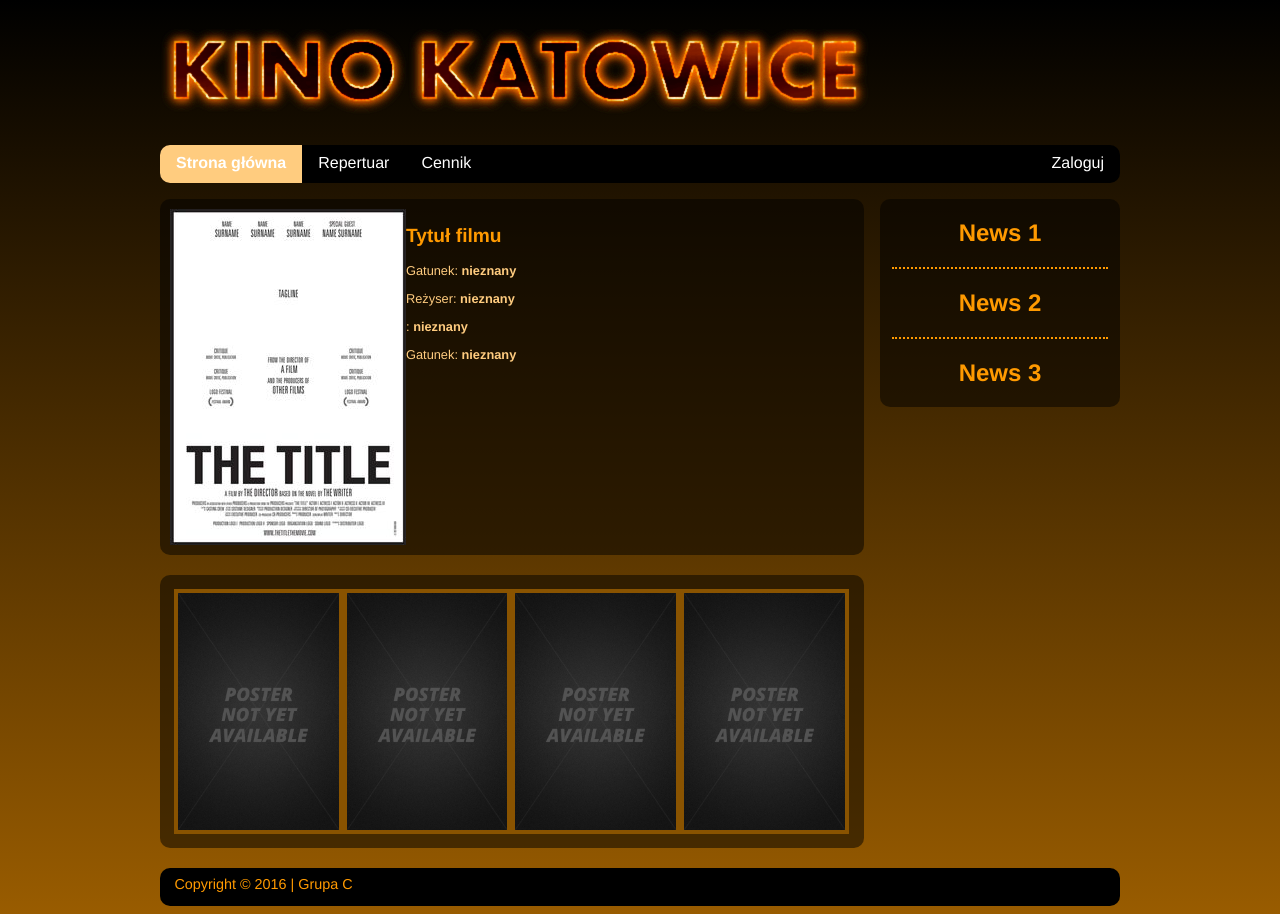
Repository: Gate4/Grupa-C
Page: http://localhost/KinoWebApp/WEB-INF/jsp/welcome.jsp
An editor plug-in stored every save of this project. The page is shown before and after the next save, followed by the edit.
The browser window is 1280 px wide. The pictures show the whole page.
Some web libraries are served in a nearby version. The page is served by Tomcat 9. Nobody is signed in. Other server files are loaded and not shown. The template is opened directly, without the code that normally fills it, so the values that code supplies are empty.

Above is the page before, as saved 2016-04-21 21:53:00.

### KinoWebApp/WebContent/WEB-INF/jsp/welcome.jsp
<%@page pageEncoding="UTF-8" contentType="text/html; charset=UTF-8"%>
<%@ taglib prefix="spring" uri="http://www.springframework.org/tags"%>
<!DOCTYPE html>
<html>
<head>


<spring:url value="/resources/style.css" var="styleCSS" />
<link href="${styleCSS}" rel="stylesheet" />
<script
	src="https://ajax.googleapis.com/ajax/libs/jquery/2.1.3/jquery.min.js"></script>
<link href="${styleCSS}" rel="stylesheet" />
<title>Kino</title>
</head>

<body>
	<div id="page">
		<header>
			<h1 id="logo">
				<img src="img/logo.png" alt="Najlepsze kino ever">
			</h1>

			<nav class="clear">
				<ul>
					<li><a class="active" href='#'>Strona główna</a></li>
					<li><a href='#'>Repertuar</a></li>
					<li><a href='#'>Cennik</a></li>
					<li><a href='#'>Zaloguj</a></li>
				</ul>
			</nav>
		</header>


		<div id="content" role="main">
			<section class="primary">
				<section class="tile">
					<img src="resources/img/poster1.jpg" alt="Tytuł filmu 1">
					<h2>Tytuł filmu</h2>
					<p>Gatunek: <span>nieznany</span></p>
					<p>Reżyser: <span>nieznany</span></p>
					<p>: <span>nieznany</span></p>
					<p>Gatunek: <span>nieznany</span></p>
				</section>

				<section class="tile">
					<section class="poster">
						<a href='#'><img src="resources/img/poster4.jpg"
							alt="Tytuł filmu 1"></a>
					</section>
					<section class="poster">
						<a href='#'><img src="resources/img/poster4.jpg"
							alt="Tytuł filmu 2"></a>
					</section>
					<section class="poster">
						<a href='#'><img src="resources/img/poster4.jpg"
							alt="Tytuł filmu 3"></a>
					</section>
					<section class="poster">
						<a href='#'><img src="resources/img/poster4.jpg"
							alt="Tytuł filmu 4"></a>
					</section>
				</section>

			</section>

			<aside class="secondary">
				<section>
					<h2>News 1</h2>
					<p>${message}</p>
				</section>
				<hr>
				<section>
					<h2>News 2</h2>
					<p>${message}</p>
				</section>
				<hr>
				<section>
					<h2>News 3</h2>
					<p>${message}</p>
				</section>
			</aside>
		</div>

		<footer class="clear">
			<section class="footer">
				<p>Copyright © 2016 | Grupa C</p>
			</section>
		</footer>
	</div>

</body>

</html>

### KinoWebApp/WebContent/resources/style.css
body{
	background: #000000;
	background: linear-gradient(#000000, #995c00);
	color: #FF9A00;
	font-family: Helvetica, Verdana, sans;
}

#page{
	width: 960px;
	margin: 0 auto;
}

#logo, .primary, .poster, .tile{
	float: left;
}

#contact, .secondary{
	float: right;
}

.clear{
	clear: both;
}

.primary{
	width: 75%;
}

.secondary{
	border-radius: 10px;
	background-color: #000000;
	background-color: rgba(0,0,0,0.5);
	width: 25%;
}

.secondary p,.tile p{
	margin-left: 1em;
	text-align: left;
	color: #FFCC7F;
}

.secondary h2{
	text-align: center;
}

.secondary hr{
	border: none;
	border-top: 2px dotted #FF9A00;
	width: 90%;
}

nav ul{
	border-radius: 10px;
	background-color: #000000;
	min-height: 2.4em;
	list-style: none;
	padding: 0;
}

nav ul li{
	display: inline;
	padding: 5px 1em;
}

nav ul li a{
	display: block;
	float: left;
	height: 1.2em;
	padding: 0.6em 1em;
	margin: 0;
	color: #fff;
	text-decoration: none;
}

nav ul li a:hover, a.active{
	background: #FFCC7F;
	font-weight: bold;
}

nav ul li:last-child{
	float: right;
	padding: 0;
}

nav ul li:first-child a:hover, nav ul li:first-child a.active{
	border-radius: 10px 0 0 10px;
}

nav ul li:last-child a:hover, nav ul li:last-child a.active{
	border-radius: 0 10px 10px 0;
}


.hidden{
	display: none;
}

.poster{
	width: 23.5%;
	padding: 4px 4px 4px 4px;
}

.poster img{
	border-style: solid;
    border-width: 4px;
    border-color: #895300;
	width: 100%;
}

.poster img:hover{
	border-style: solid;
    border-width: 4px;
    border-color: #ffb13b;
	width: 100%;
}


.tile{
    border-radius: 10px;
	background-color: #000000;
	background-color: rgba(0,0,0,0.5);
    width: 95%;

    color: #FF9A00;

    font-size: 0.8em;

    text-align: left;

    margin: 0px 20px 20px 0px;

    padding: 10px 10px 10px 10px;

    border-radius: 10px;
}

.tile img{
	float: left;
}

.tile p span{
    font-weight: bold;
}


.footer{
	border-radius: 10px;
	background-color: #000000;
	min-height: 2.4em;
	padding: 0 0px 0 0;
}

.footer p{
	font-size: 0.9em;
	padding: 0.6em 1em;
}

After the next save:
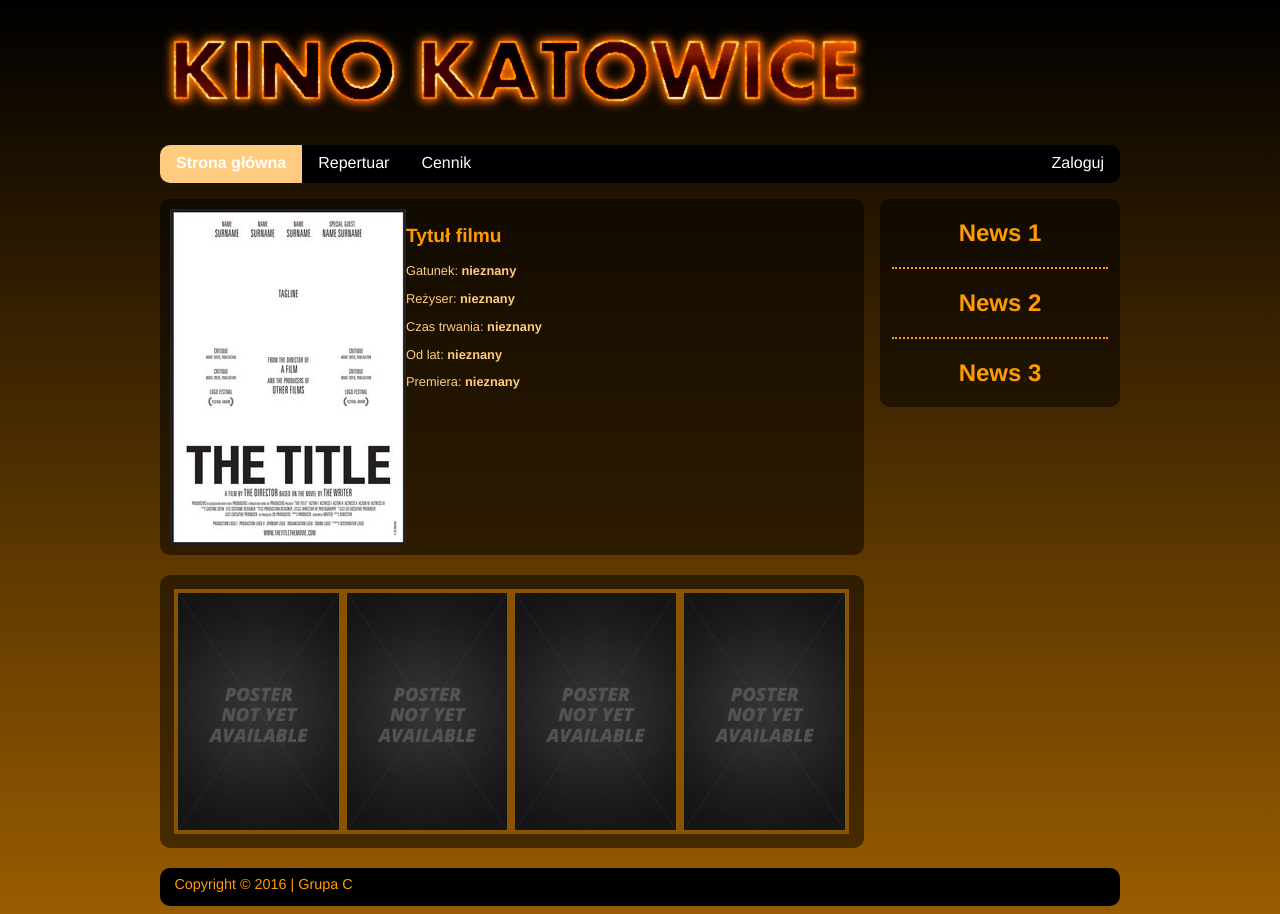
Saved 3 min 7 s later.
--- a/KinoWebApp/WebContent/WEB-INF/jsp/welcome.jsp
+++ b/KinoWebApp/WebContent/WEB-INF/jsp/welcome.jsp
@@ -38,8 +38,9 @@
 					<h2>Tytuł filmu</h2>
 					<p>Gatunek: <span>nieznany</span></p>
 					<p>Reżyser: <span>nieznany</span></p>
-					<p>: <span>nieznany</span></p>
-					<p>Gatunek: <span>nieznany</span></p>
+					<p>Czas trwania: <span>nieznany</span></p>
+					<p>Od lat: <span>nieznany</span></p>
+					<p>Premiera: <span>nieznany</span></p>
 				</section>
 
 				<section class="tile">
